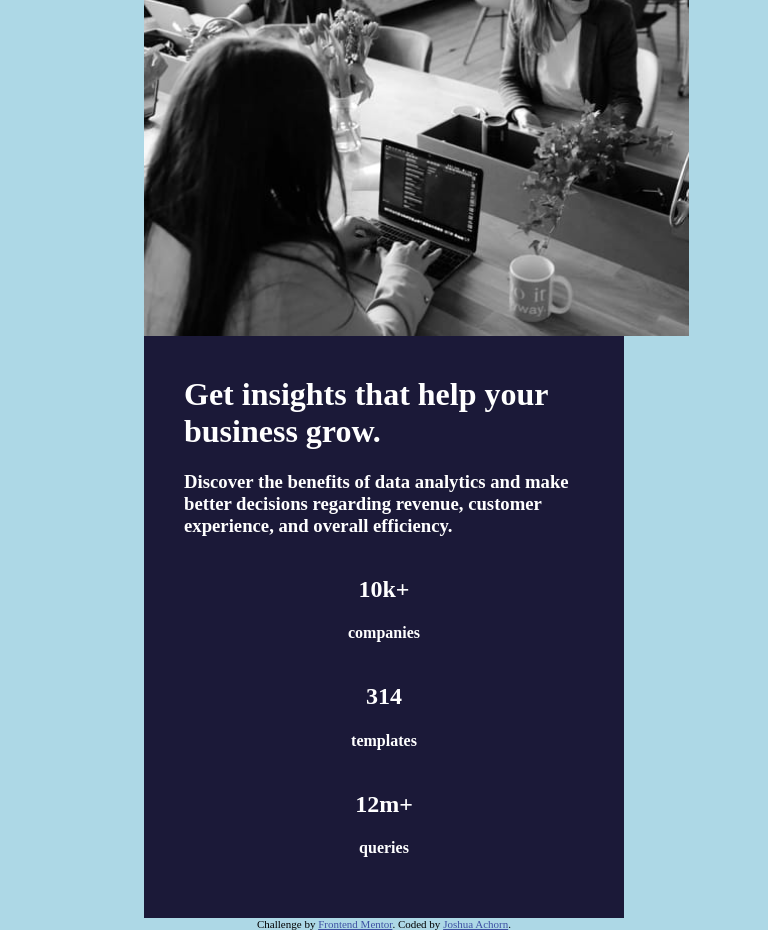
Repository: Achorn/stats-preview-card
Page: index.html
An editor plug-in stored every save of this project. The page is shown before and after the next save, followed by the edit.
The browser window is 768 px wide. The pictures show the whole page.

Above is the page before, as saved 2021-06-16 16:45:26.

After the next save:
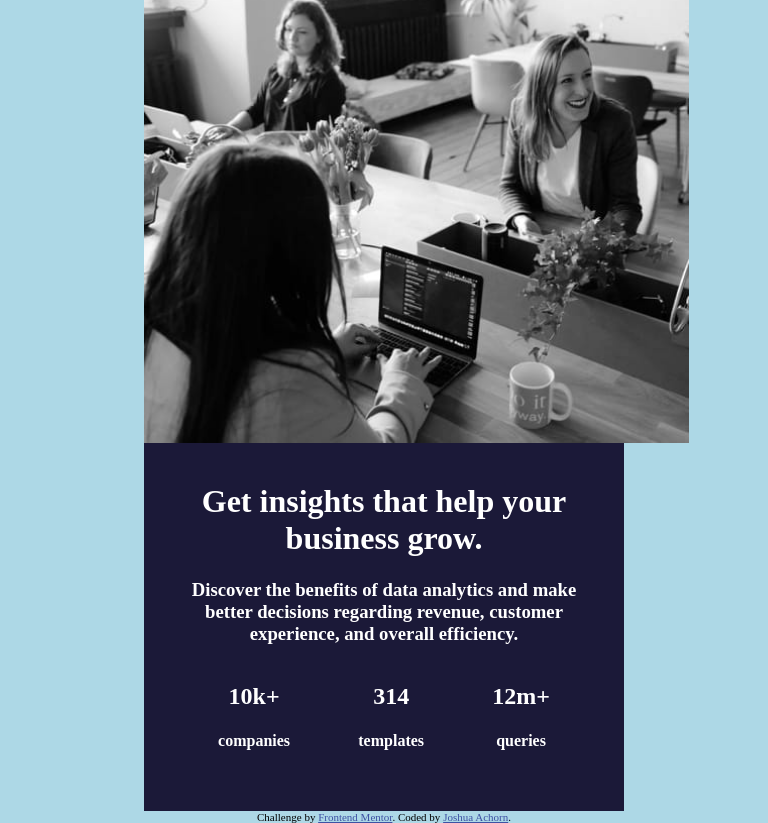
Saved 25 s later.
--- a/styles.css
+++ b/styles.css
@@ -14,10 +14,11 @@ body {
   #card-container {
     flex-direction: column-reverse;
   }
-  #desc-container {
+  #text-container {
     text-align: center;
     flex-direction: column;
   }
+
   #stat-image {
     width: auto;
     height: 100%;
